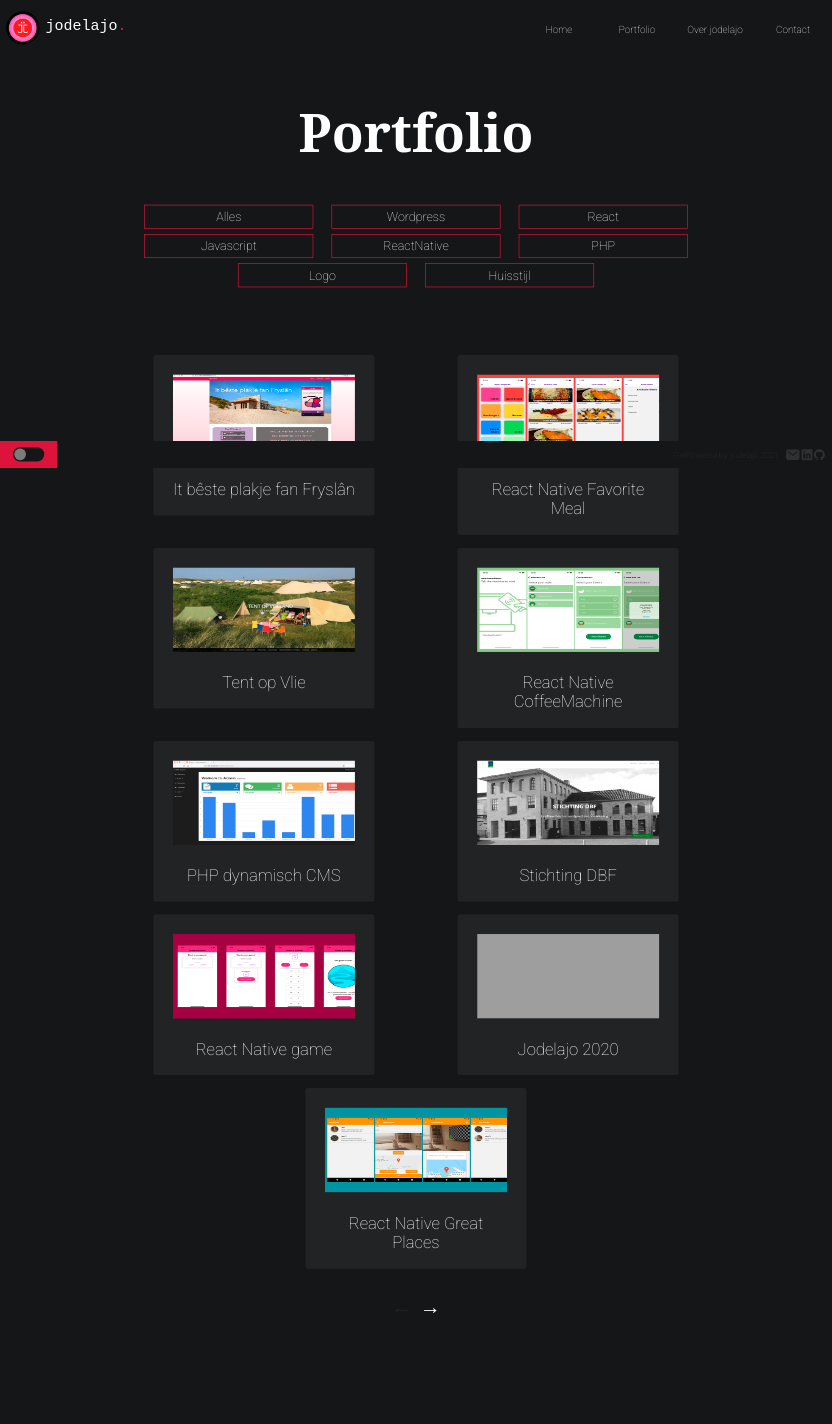
Repository: jodelajo/react-jodelajo
Page: /portfolioscreen
An editor plug-in stored every save of this project. The page is shown before and after the next save, followed by the edit.
The browser window is 1280 px wide. The pictures show the whole page, at 65% of full size.
Pictures or frames that could not be fetched are drawn as grey boxes. The project was rebuilt for these pictures with package versions that can differ from the ones it lists, and the page was loaded fresh each time. Also part of the build but not shown: src/pages/home/Home.js, src/pages/singlePortfolio/SinglePortfolio.module.css, src/components/characteristics/Characteristics.js, src/pages/singlePortfolio/SinglePortfolio.js, src/pages/about/About.module.css, src/pages/about/About.js, src/pages/contact/Contact.module.css, src/pages/contact/Contact.js.

Above is the page before, as saved 2021-09-20 14:42:20.

After the next save:
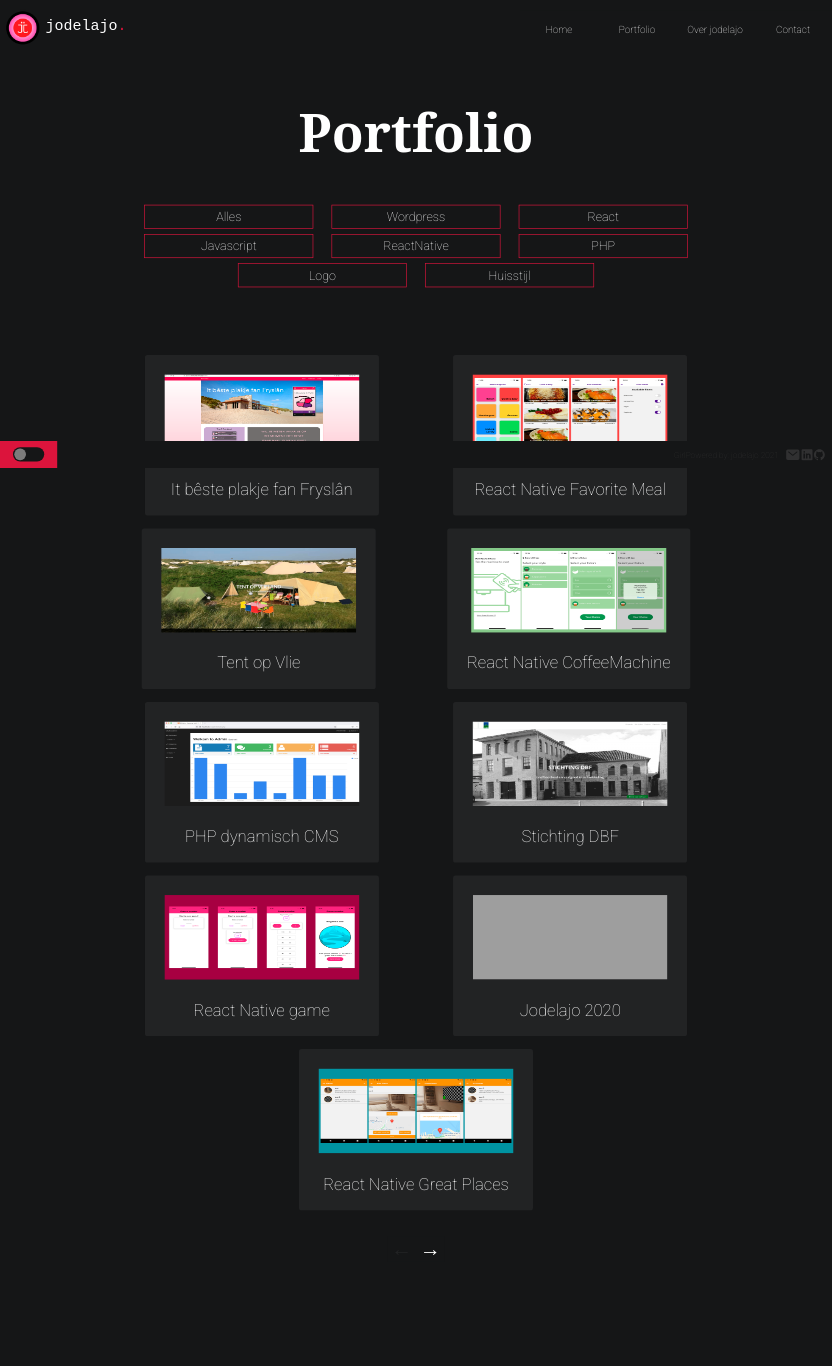
Saved 31 s later.
--- a/src/pages/portfolioScreen/PortfolioScreen.module.css
+++ b/src/pages/portfolioScreen/PortfolioScreen.module.css
@@ -104,7 +104,7 @@
     font-size: 5rem;
   }
   .port-wrappertje{
-    max-width: 340px;
+    max-width: 400px;
   }
   .cat-button {
     width: 260px;
